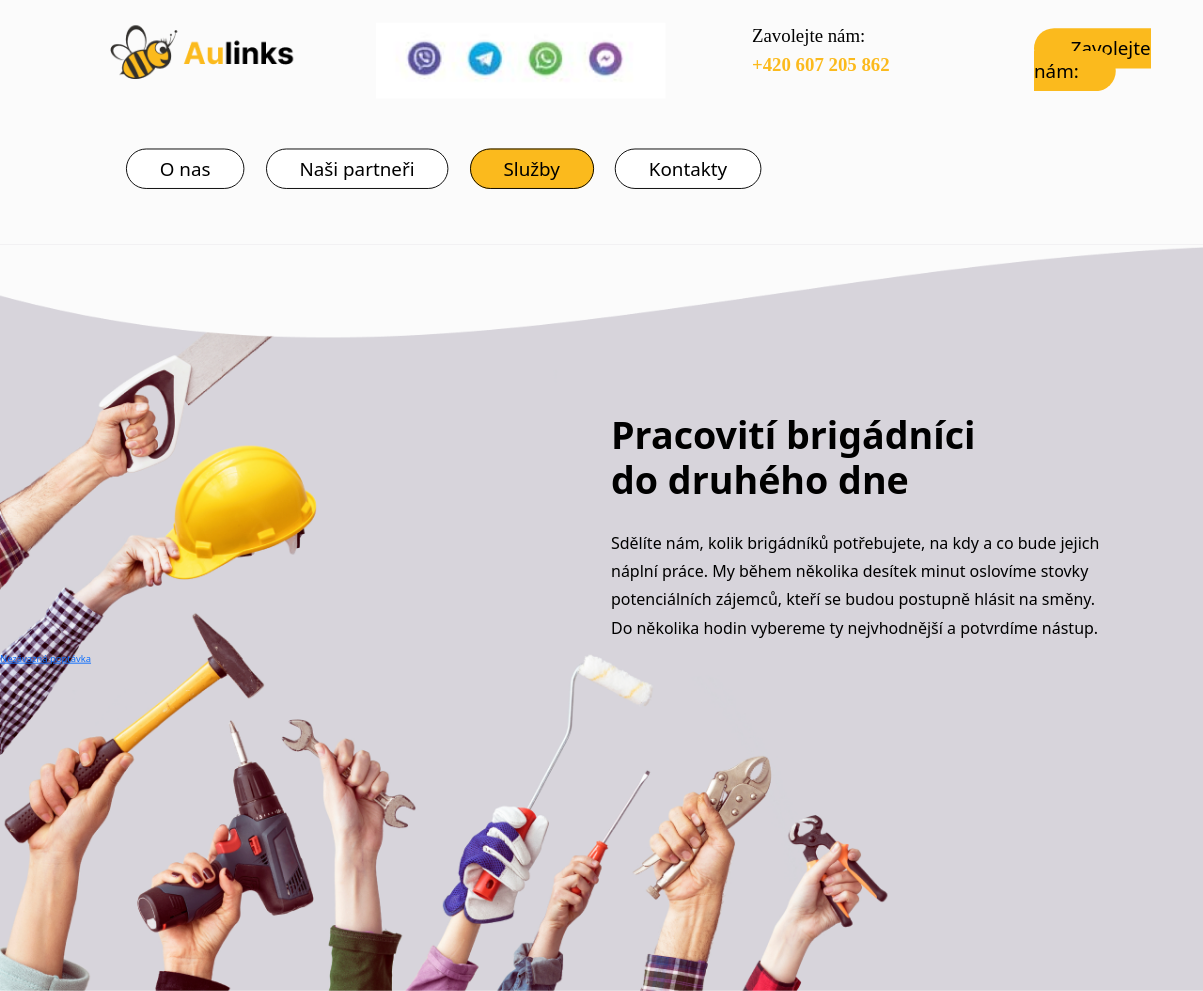
Repository: bilday08/aulinks
Page: index.html
The author's editor kept a copy of each file at every save. The page is drawn from the files as they stood at one save, then again after the next save.
The browser window is 1280 px wide. The pictures show the whole page, at 94% of full size.
Some web fonts or font styles are not loaded; a fallback is used.

Above is the page before, as saved 2022-12-07 13:42:29.

After the next save:
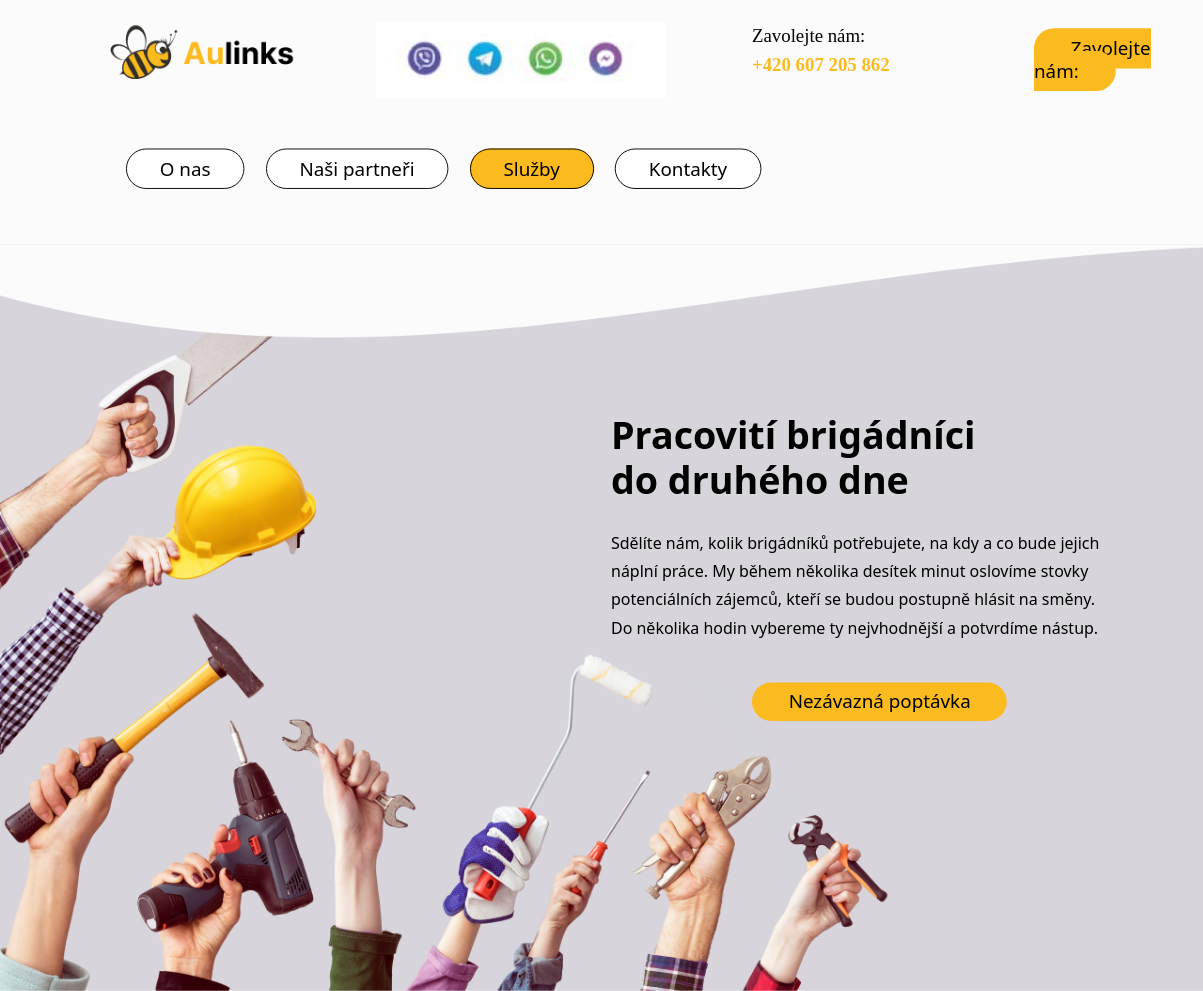
Saved 51 s later.
--- a/style.css
+++ b/style.css
@@ -128,3 +128,20 @@
     margin-top: 2.8rem;
     margin-left: 65rem;
 }
+.main_button{
+    text-decoration: none;
+    text-align: center;
+    display: block;
+    padding: 8px 39px;
+    color: black;
+    background-color: #FBBA1D;
+    width: 271px;
+    height: 41px;
+    font-weight: 400;
+    font-size: 20px;
+    line-height: 24px;
+    border-radius: 30px;
+    margin-top: 43px;
+    margin-left: 800px;
+    white-space: nowrap;
+}
